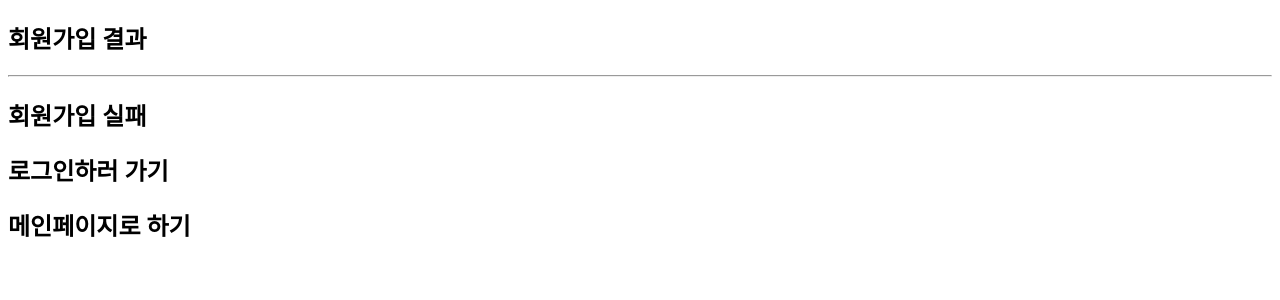
Repository: beescuit9510/toyProjects
Page: http://localhost/05_jspDbProject/views/join.jsp
These files come from the project's save history. The page is drawn as it stood at one moment and after the next save; the edit follows.
The browser window is 1280 px wide. The pictures show the whole page.
The page is served by Tomcat 9. Queries for data that is not in the repository find no rows.

Above is the page before, as saved 2021-09-30 06:36:51.

After the next save:
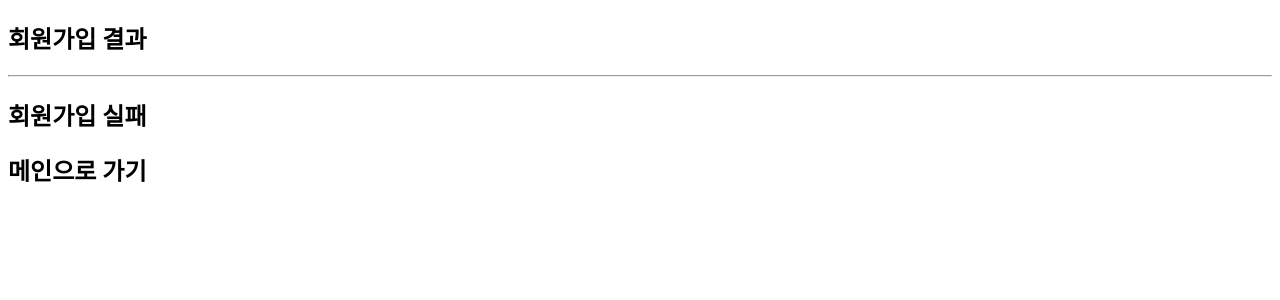
Saved 2 min 50 s later.
--- a/web-server-workplace/05_jspDbProject/src/main/webapp/views/join.jsp
+++ b/web-server-workplace/05_jspDbProject/src/main/webapp/views/join.jsp
@@ -17,6 +17,7 @@
 
     	String resultToPrint = result>0? "회원가입 성공":"회원가입 실패";
     	String href = result>0? "/05_jspDbProject/views/login.jsp":"/05_jspDbProject/index.jsp";
+    	String whereToGo = result>0? "로그인하러 가기":"메인으로 가기";
     %>
 <!DOCTYPE html>
 <html>
@@ -28,7 +29,6 @@
 	<h2>회원가입 결과</h2>
 	<hr>
 	<h2><%=resultToPrint %></h2>
-	<h2 href="/05_jspDbProject/views/login.jsp">로그인하러 가기</h2>
-	<h2 href="/05_jspDbProject/views/login.jsp">메인페이지로 하기</h2>
+	<h2 href=<%=href %>><%=whereToGo %></h2>
 </body>
 </html>
